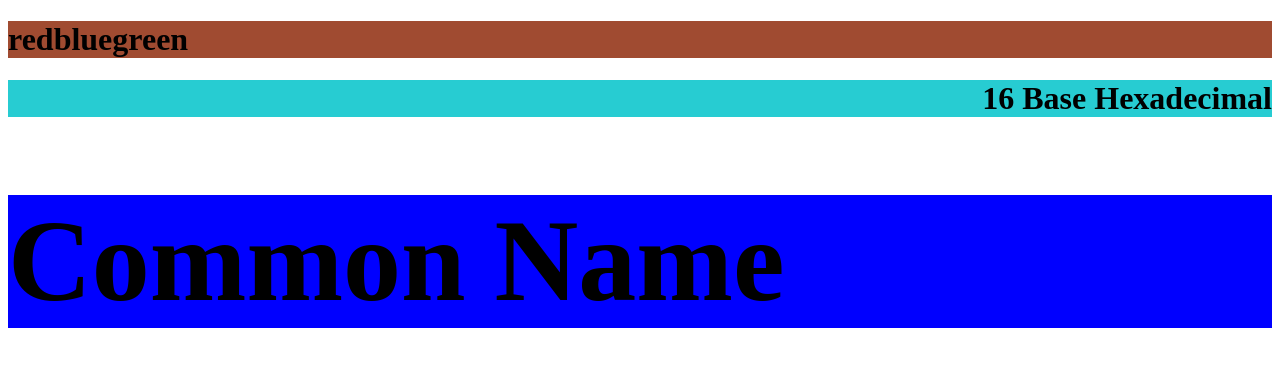
Repository: 3EyEdRav3n/10-2020-cohort-course
Page: week-1/day-4/warm-up.html
The author's editor kept a copy of each file at every save. The page is drawn from the files as they stood at one save, then again after the next save.
The browser window is 1280 px wide. The pictures show the whole page.

Above is the page before, as saved 2020-10-29 20:23:44.

### week-1/day-4/warm-up.html
<!DOCTYPE html>
<html lang="en">
  <head>
    <meta charset="UTF-8" />
    <meta name="viewport" content="width=device-width, initial-scale=1.0" />
    <link rel="stylesheet" href="./warm-up.css" />
    <link
      href="https://fonts.googleapis.com/css2?family=Roboto:wght@100&display=swap"
      rel="stylesheet"
    />
    <title>Document</title>
  </head>
  <body>
    <div class="Div1">
      <h1>REDBLUEGREEN</h1>
    </div>
    <div class="Div2">
      <h1>16 Base Hexadecimal</h1>
    </div>
    <div class="Div3">
      <h1>Common Name</h1>
    </div>
  </body>
</html>

### week-1/day-4/warm-up.css


.Div1 {
    background-color: rgb(160, 75, 49);
    text-transform: lowercase;
}

.Div2 {
    background-color: #27CCD2 ;
    text-align:  right;
}

.Div3 {
    background-color: blue;
    font-size: 58px;
}

After the next save:
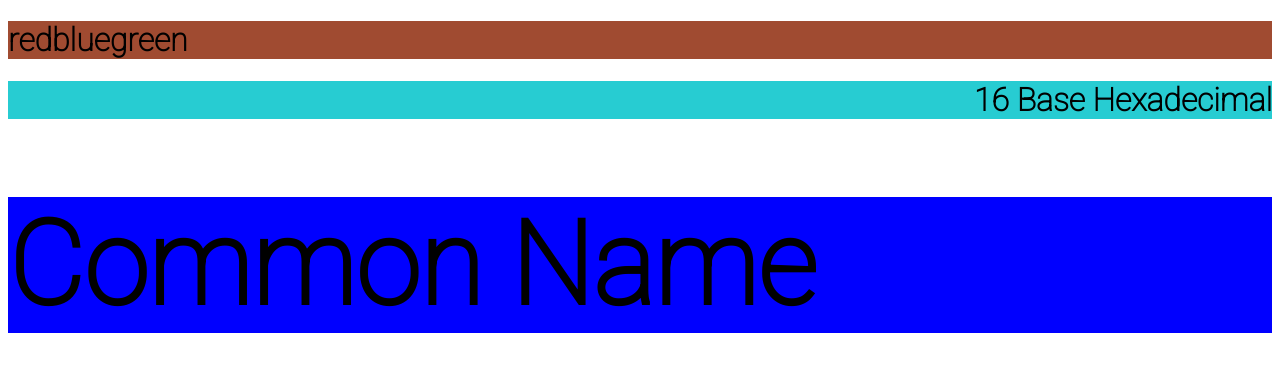
Saved 53 s later.
--- a/week-1/day-4/warm-up.css
+++ b/week-1/day-4/warm-up.css
@@ -3,14 +3,17 @@
 .Div1 {
     background-color: rgb(160, 75, 49);
     text-transform: lowercase;
+    font-family: 'Roboto', sans-serif;
 }
 
 .Div2 {
     background-color: #27CCD2 ;
     text-align:  right;
+    font-family: 'Roboto', sans-serif;
 }
 
 .Div3 {
     background-color: blue;
     font-size: 58px;
+    font-family: 'Roboto', sans-serif;
 }
